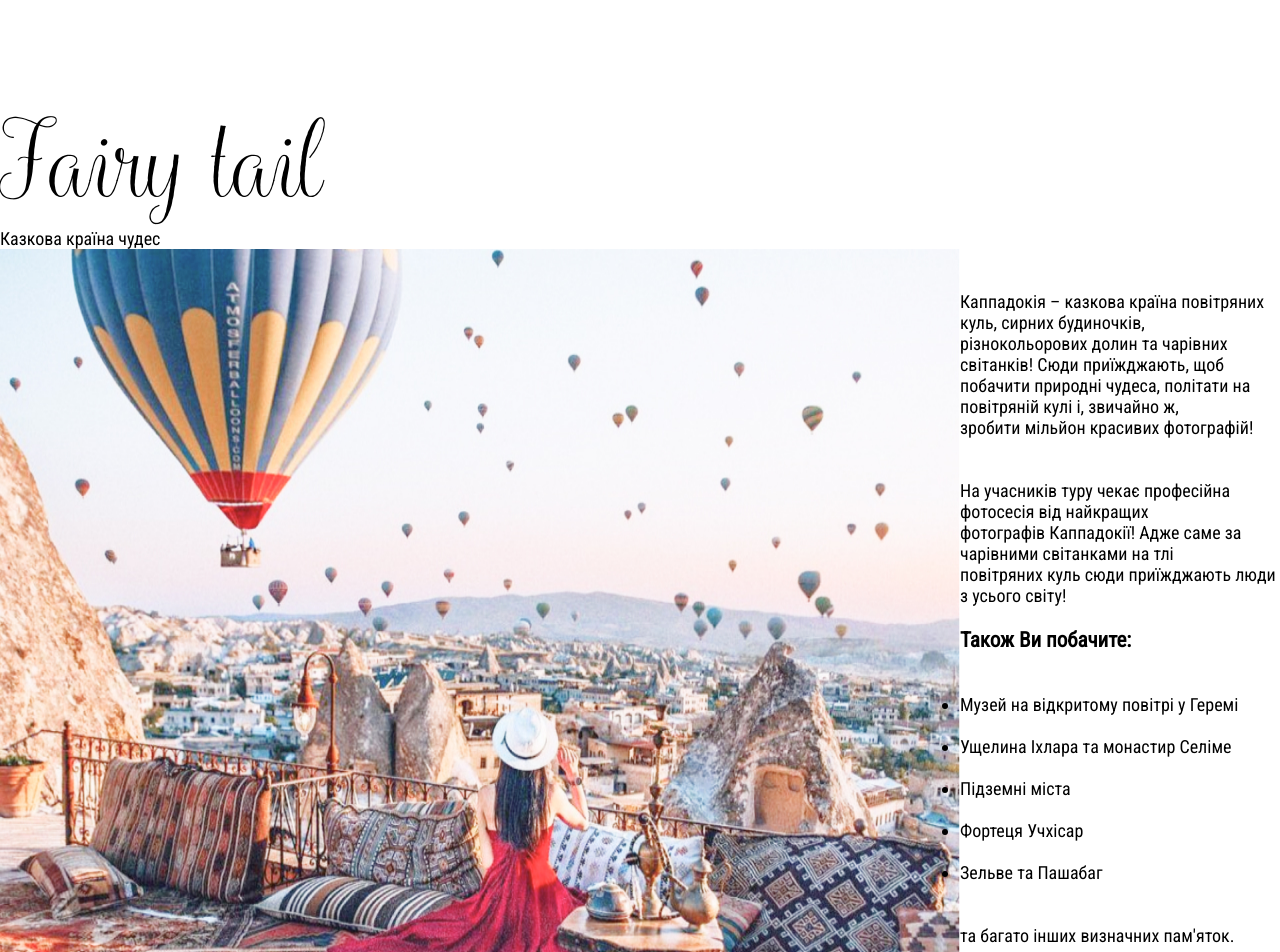
Repository: KYUUBI-K/cappadocia
Page: index.html
The author's editor kept a copy of each file at every save. The page is drawn from the files as they stood at one save, then again after the next save.
The browser window is 1280 px wide. The pictures show the part of the page from y = 820 to 1772 px (the page is 1892 px tall before and 2060 px after).

Above is the page before, as saved 2025-08-17 18:24:11.

After the next save:
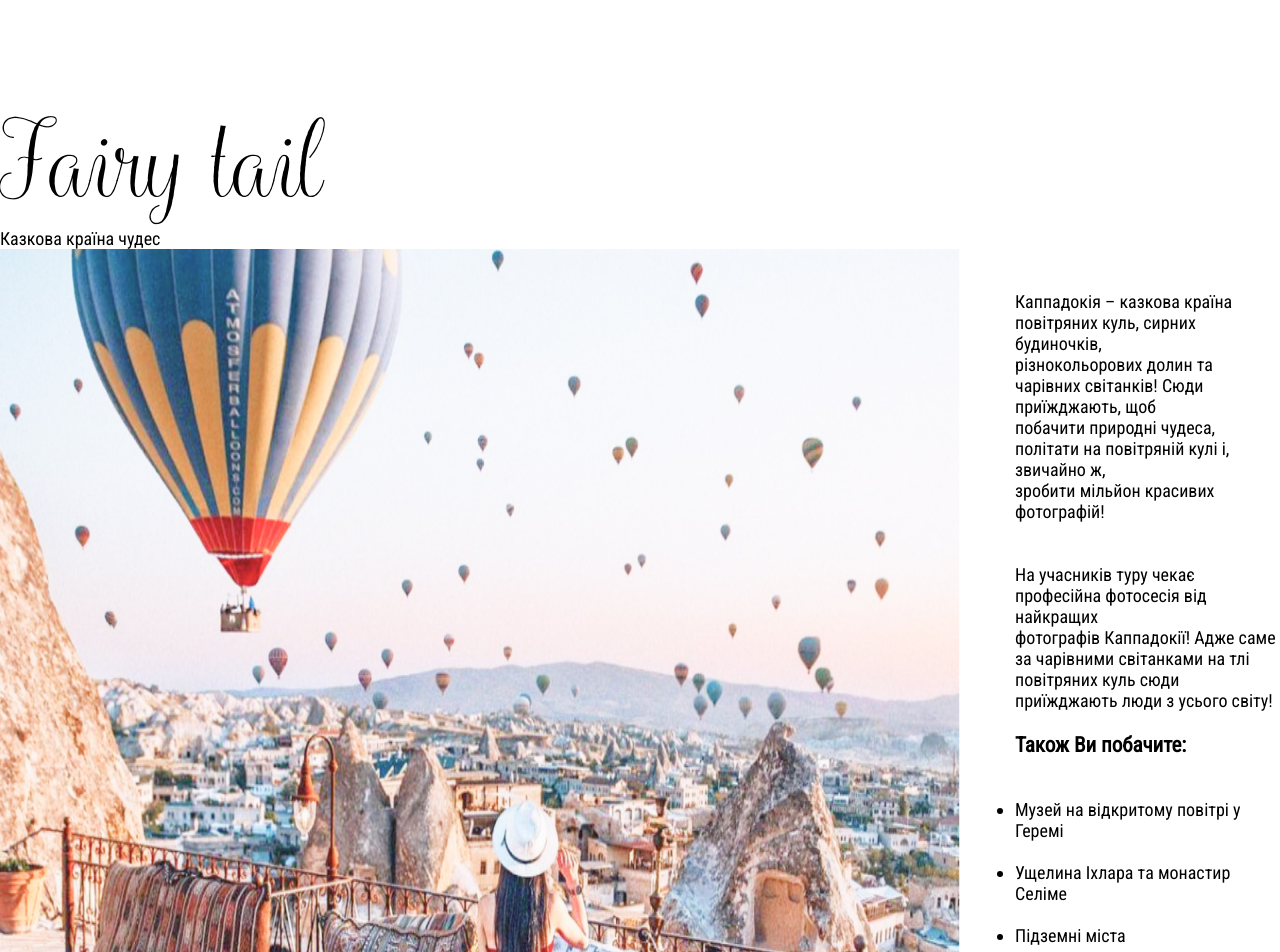
Saved 34 s later.
--- a/styles.css
+++ b/styles.css
@@ -196,6 +196,7 @@ body {
 
 .about-content {
   display: flex;
+  column-gap: 55px;
 }
 .about-text {
   white-space: pre-line;
